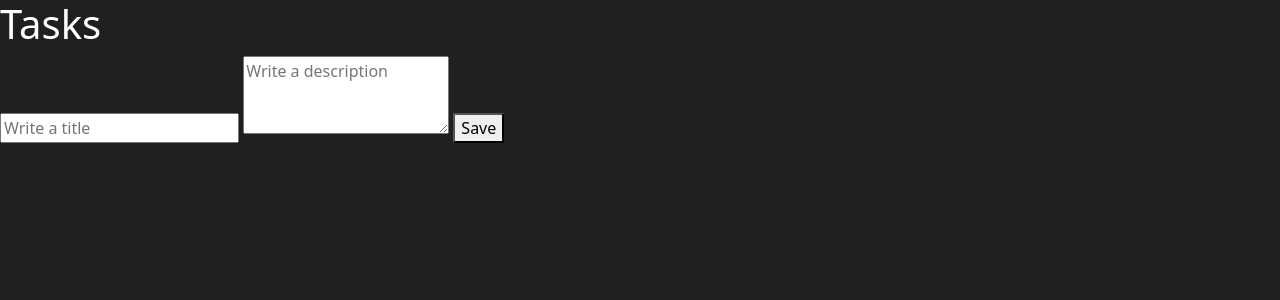
Repository: ChemsJam/django_postgres_todo
Page: http://localhost/tasks/
An editor plug-in stored every save of this project. The page is shown before and after the next save, followed by the edit.
The browser window is 1280 px wide. The pictures show the whole page.
The page is served by the project's application, run on Django 5.2 (manage.py). Other server files are loaded and not shown. Queries for data that is not in the repository find no rows.

Above is the page before, as saved 2024-08-19 15:33:11.

### tasks/templates/TasksList.html
{% load static %}

<!DOCTYPE html>
<html lang="en">
<head>
    <meta charset="UTF-8">
    <meta name="viewport" content="width=device-width, initial-scale=1.0">
    <title>DJango Crud</title>
    <link rel="stylesheet" href="https://cdn.jsdelivr.net/npm/bootstrap@5.3.2/dist/css/bootstrap.min.css">
    <link rel="stylesheet" href={% static 'main.css' %}>
</head>
<body>
    <h1>
        Tasks
    </h1>
    <form action={% url 'create_tasks' %} method="POST">
    {% csrf_token %}
    <input type="text" name="tittle" placeholder="Write a title">

    <textarea name="description" rows="3" placeholder="Write a description"></textarea>

    <button>Save</button>

    </form>

    {% for task in tasks %}
    <div>
        <h4>{{task.tittle}}</h4>
        <p>{{task.description}}</p>
        <button>Delete</button>
    </div>
    {% endfor %}
</body>
</html>

### tasks/views.py
from django.shortcuts import render, redirect
from .models import Task

# Create your views here.
def list_tasks(request):
    tasks = Task.objects.all()
    return render(request, 'TasksList.html', {'tasks': tasks})

def create_task(request):
    task = Task(tittle=request.POST['tittle'], description=request.POST['description'])
    task.save()
    return redirect('/tasks/')

### django_postgres/urls.py
"""
URL configuration for django_postgres project.

The `urlpatterns` list routes URLs to views. For more information please see:
    https://docs.djangoproject.com/en/5.1/topics/http/urls/
Examples:
Function views
    1. Add an import:  from my_app import views
    2. Add a URL to urlpatterns:  path('', views.home, name='home')
Class-based views
    1. Add an import:  from other_app.views import Home
    2. Add a URL to urlpatterns:  path('', Home.as_view(), name='home')
Including another URLconf
    1. Import the include() function: from django.urls import include, path
    2. Add a URL to urlpatterns:  path('blog/', include('blog.urls'))
"""
from django.contrib import admin
from django.urls import path, include


urlpatterns = [
    path('admin/', admin.site.urls),
    path('tasks/', include('tasks.urls'))
]

### tasks/urls.py
from django.urls import path
from .views import list_tasks, create_task

urlpatterns = [
    path('', list_tasks),
    path('new/', create_task, name='create_tasks')
]

### tasks/static/main.css
body {
    background-color: #202020;
    color: white;
}

After the next save:
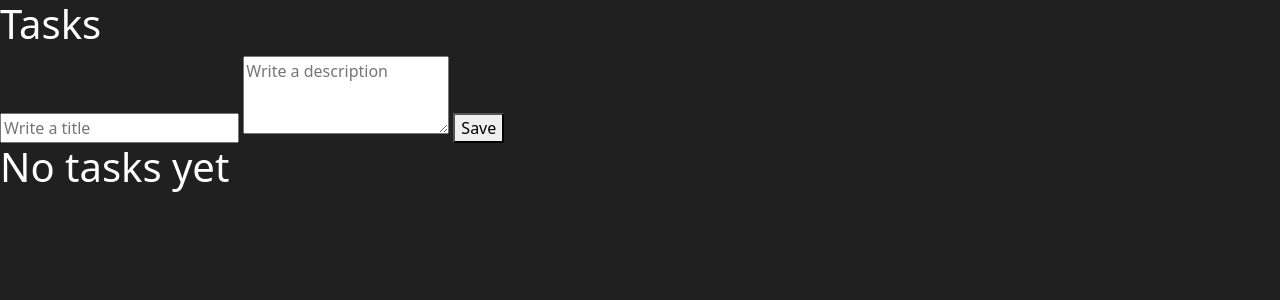
Saved 107 s later.
--- a/tasks/templates/TasksList.html
+++ b/tasks/templates/TasksList.html
@@ -29,6 +29,9 @@
         <p>{{task.description}}</p>
         <button>Delete</button>
     </div>
+
+    {% empty %}
+    <h1>No tasks yet</h1>
     {% endfor %}
 </body>
 </html>
